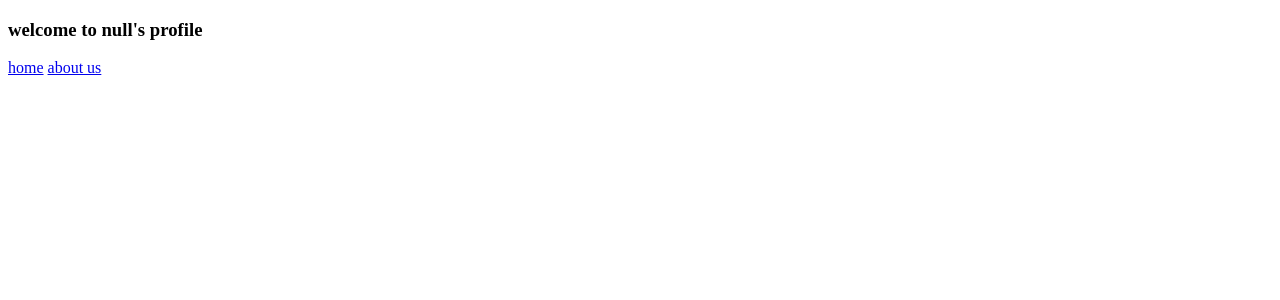
Repository: sanketvekariya23/advance_java_eclipse
Page: http://localhost/Session/profile.jsp
These files come from the project's save history. The page is drawn as it stood at one moment and after the next save; the edit follows.
The browser window is 1280 px wide. The pictures show the whole page.
The page is served by Tomcat 10. Other server files are loaded and not shown.

Above is the page before, as saved 2024-02-15 04:32:04.

### Session/src/main/webapp/profile.jsp
<%@ page language="java" contentType="text/html; charset=ISO-8859-1"
    pageEncoding="ISO-8859-1"%>
<!DOCTYPE html>
<html>
<head>
<meta charset="ISO-8859-1">
<title>Insert title here</title>
</head>
<body>
	<%
		String myname = (String) session.getAttribute("name");
	%>
	<h3> welcome to <%= myname %>'s profile </h3>

	<a href="/home.jsp">home</a>
	<a href = "about-us.jsp"> about us</a>
</body>
</html>

After the next save:
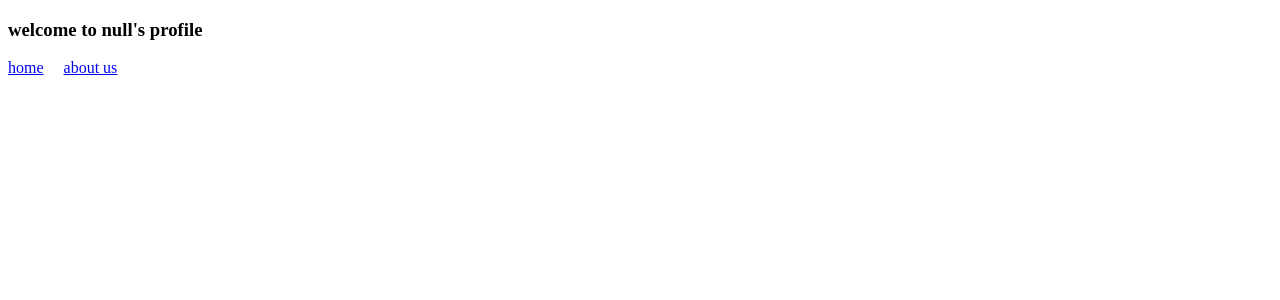
Saved 8 s later.
--- a/Session/src/main/webapp/profile.jsp
+++ b/Session/src/main/webapp/profile.jsp
@@ -12,7 +12,7 @@
 	%>
 	<h3> welcome to <%= myname %>'s profile </h3>
 
-	<a href="/home.jsp">home</a>
+	<a href="home.jsp">home</a> &nbsp; &nbsp;
 	<a href = "about-us.jsp"> about us</a>
 </body>
 </html>
